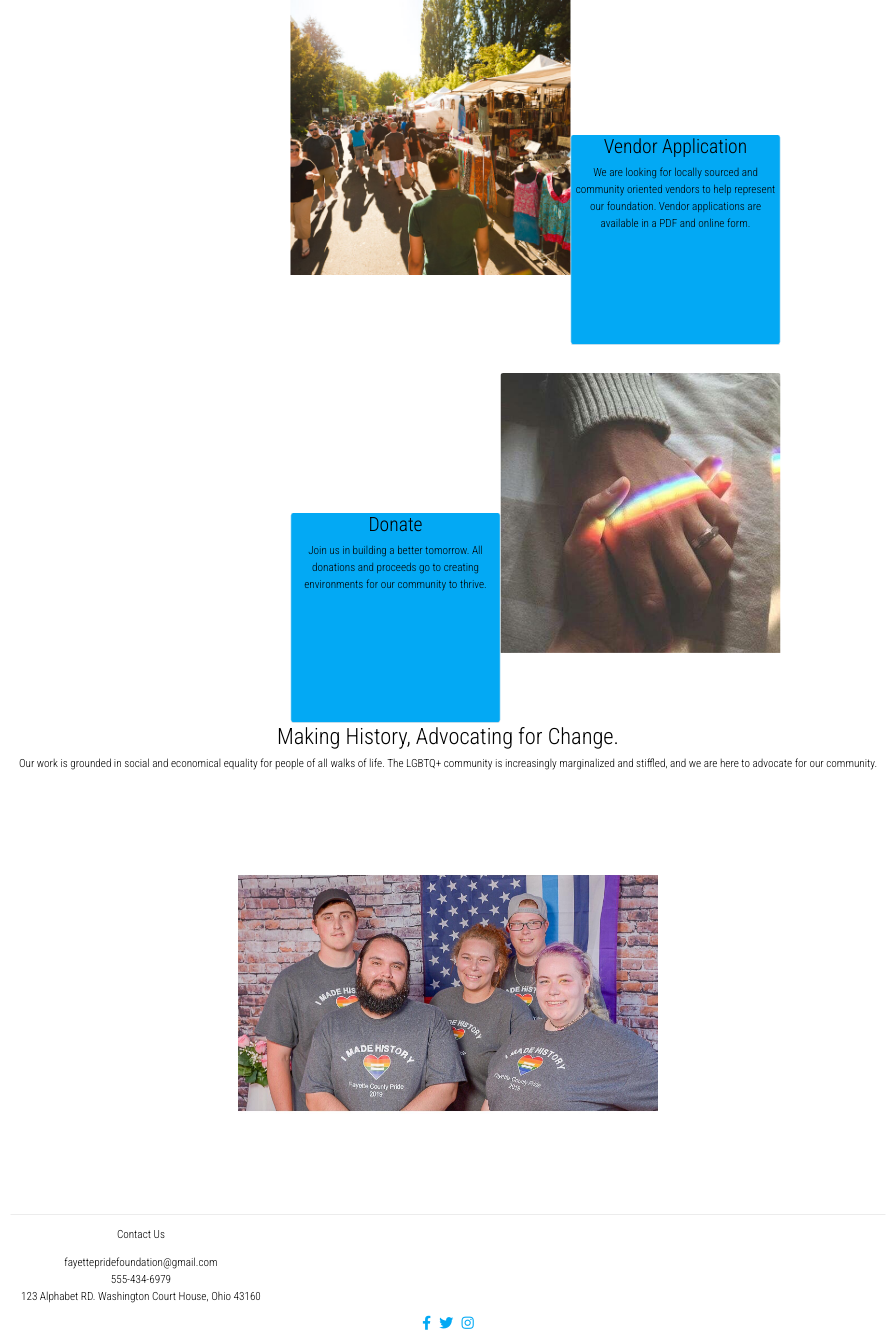
Repository: Code-Institute-Submissions/https-github.com-callendera-Milestone-Project-2
Page: index.html
The author's editor kept a record of every edit. The page is drawn from the files as they stood at one moment, then again after the next edit.
The browser window is 1280 px wide. The pictures show the part of the page from y = 1324 to 3244 px (the page is 3244 px tall before and 2644 px after), at 70% of full size.
Backgrounds fixed to the window are drawn as part of the page. Some web libraries are served in a nearby version.

Above is the page before.

### index.html
<!DOCTYPE html>
<html lang="en">

<head>
    <meta charset="UTF-8">
    <meta name="viewport" content="width=device-width, initial-scale=1.0">
    <meta http-equiv="X-UA-Compatible" content="ie=edge">
    <title>Fayette County PRIDE</title>


    <link href="https://fonts.googleapis.com/css?family=Amatic+SC:700|Roboto+Condensed:300&display=swap" rel="stylesheet">

    <!--this code provides my Icons-->
    <link rel="stylesheet" href="https://use.fontawesome.com/releases/v5.8.1/css/all.css" integrity="sha384-50oBUHEmvpQ+1lW4y57PTFmhCaXp0ML5d60M1M7uH2+nqUivzIebhndOJK28anvf" crossorigin="anonymous">
    <!--this code allows me to use bootstrap styles and pieces of code-->
    <link rel="stylesheet" href="https://stackpath.bootstrapcdn.com/bootstrap/4.3.1/css/bootstrap.min.css" integrity="sha384-ggOyR0iXCbMQv3Xipma34MD+dH/1fQ784/j6cY/iJTQUOhcWr7x9JvoRxT2MZw1T" crossorigin="anonymous">

    <!--links to my style sheet: style.css-->
    <link rel="stylesheet" href="assets/css/style.css" type="text/css" />

</head>

<body>
    <!--NavBar-->

    <!--Navbar styles are given by the class names. and the navbar is fixed at the top to allow a better UX-->


    <nav class="navbar navbar-light my-navbar navbar-expand-sm fixed-top">
        <a class="navbar-brand my-navbar-brand" href="#">
    <img src="assets/images/logo.jpg" width="175" height="125" class="d-inline-block align-top" alt="Fayette County PRIDE logo">
  </a>

        <!--this code allows my navbar tp be compressed into a navbar toggler on smaller screen sizes-->
        <button class="navbar-toggler ml-auto my-navbar-toggler" type="button" data-toggle="collapse" data-target="#navbarNavDropdown" aria-controls="navbarNavDropdown" aria-expanded="false" aria-label="Toggle navigation">
            <span class="navbar-toggler-icon my-navbar-toggler-icon"></span></button>


        <!--this code targets the toggler-->
        <div class="collapse navbar-collapse" id="navbarNavDropdown">
            <!--these are my links to navigate you through the site-->
            <ul class="navbar-nav my-navbar-nav mr-auto justify-content-center">
                <li class="nav-item mr-2"><a class="nav-link my-nav-link" href="//">Sponsorship</a></li>
                <li class="nav-item mr-2"><a class="nav-link my-nav-link" href="//">Events</a></li>
                <li class="nav-item mr-2"><a class="nav-link my-nav-link" href="//">Volunteer</a></li>
                <li class="nav-item mr-6"><a class="nav-link my-nav-link" href="contact.html">Learn More</a></li>
            </ul>
            <!--This code blocks the button and text from being shown on small screens, but appears on larger screen sizes-->
            <div class="d-none d-lg-block">
                <!--gives the viewer the oportunity to become a sponsor while still browsing the site-->

                <a href="contact.html"><button type="button" class="btn btn-lg my-nav-btn btn-success my-btn">Donate</button></a>
            </div>
        </div>
    </nav>
    <!--navbar-->

    <!--CallOut-->
    <!-- this div allows for a full width container, spanning the entire width of the viewport.-->
    <div class="container-fluid">


        <!--holds the background picture for the landing page-->

        <div class="col-12 callout-container">




        </div>
        <!--callout-->
        <hr>
        <!--Involved-->
        <div class="row text-center involved-margin">
            <span class="border-top-0 rounded border involved-span">
                <h3>Volunteer</h3>
               <p>Get involved and join us in making history. Our work would not be possible without you. We rely on the passion and expertise of volunteers to make our vision a reality.</p>
            </span>
            <div class="involved-div1 rounded-top float-right">
                <!--<img src="assets/images/rainbow.jpg" class="rounded-top float-right" alt="...">-->
            </div>

        </div>
        <div class="row text-center involved-margin">
            <div class="involved-div2 rounded-top float-left">
                <!--<img src="assets/images/vendors.jpg" class="rounded-top float-left" alt="...">-->
            </div>
            <span class="border-top-0 rounded border involved-span">
                <h3>Vendor Application</h3>
             <p>We are looking for locally sourced and community oriented vendors to help represent our foundation. Vendor applications are available in a PDF and online form.</p>
            </span>
        </div>
        <div class="row text-center involved-margin">
            <span class="border-top-0 rounded border involved-span">
                <h3>Donate</h3>
                <p>Join us in building a better tomorrow. All donations and proceeds go to creating environments for our community to thrive.</p>
            </span>
            <div class="involved-div3 rounded-top float-right">
                <!--<img src="assets/images/holding.jpg" class="rounded-top float-right" alt="...">-->
            </div>

        </div>
        <!--<div class="row">-->
        <!-- col-4 to make the 3 divs be in 3 columns for large and medium screens, col-12 for smaller screens to have each div on its own line-->
        <!--    <div class="col-12 my-icon">-->
        <!--        <a href="//"><i class="fas fa-hands-helping volunteer-icon"></i></a>-->
        <!--        <h3>Volunteer</h3>-->
        <!--        <p>Get involved and join us in making history. Our work would not be possible without you. We rely on the passion and expertise of volunteers to make our vision a reality.</p>-->
        <!--    </div>-->
        <!--    <div class="col-12 my-icon">-->
        <!--        <a href="//"><i class="fas fa-file"></i></a>-->
        <!--        <h3>Vendor Application</h3>-->
        <!--        <p>We are looking for locally sourced and community oriented vendors to help represent our foundation. Vendor applications are available in a PDF and online form.</p>-->
        <!--    </div>-->
        <!--    <div class="col-12 my-icon">-->
        <!--        <a href="//"><i class="fas fa-donate"></i></a>-->
        <!--        <h3>Donate</h3>-->
        <!--        <p>Join us in building a better tomorrow. All donations and proceeds go to creating environments for our community to thrive.</p>-->
        <!--    </div>-->
        <!--</div>-->

        <div class="row text-center history-div">
            <div class="col-12 history-col">
                <h2>Making History, Advocating for Change.</h2>
                <p>Our work is grounded in social and economical equality for people of all walks of life. The LGBTQ+ community is increasingly marginalized and stiffled, and we are here to advocate for our community. </p>
            </div>
            <div class="col-12">
                <img src="assets/images/group.png" width="600" height="600" class="rounded" alt="">
            </div>
        </div>



        <!--involved-->
        <hr>

        <footer>
            <div class="row text-center">


                <div class="contact-container">
                    <!--entire section gives the user the info on how to contact the band-->
                    <div class="col-12">


                        <div class="col-12">
                            <p>Contact Us
                                <p>

                                    <p>fayettepridefoundation@gmail.com</br>
                                        555-434-6979</br>
                                        123 Alphabet RD. Washington Court House, Ohio 43160
                                        <p>

                        </div>


                    </div>
                </div>
                <div class="col-12 social-container">
                    <div>



                        <!--all social media links are placed within a span to allow them to line up inline-->
                        <ul class="list-inline social-media">
                            <!--atrribute is given to make the social media symbol a link to the facebook page-->
                            <li class="list-inline-item"><a href="//" target="_blank"><i class="fab fa-facebook-f"></i>
                    <span class="sr-only">Facebook</span></a></li>
                            <!--atrribute is given to make the social media symbol a link to the twitter page-->
                            <li class="list-inline-item"><a href="//" target="_blank"><i class="fab fa-twitter"></i>
                    <span class="sr-only">Twitter</span></a></li>
                            <!--atrribute is given to make the social media symbol a link to the youtube page-->
                            <li class="list-inline-item"><a href="//" target="_blank"><i class="fab fa-instagram"></i>
                    <span class="sr-only">Instagram</span></a></li>
                        </ul>
                    </div>
                </div>
            </div>
        </footer>
        <!--contactinfo-->
    </div>
    <!--script used for DOM manipulation in modal-->
    <script src="https://code.jquery.com/jquery-3.3.1.slim.min.js" integrity="sha384-q8i/X+965DzO0rT7abK41JStQIAqVgRVzpbzo5smXKp4YfRvH+8abtTE1Pi6jizo" crossorigin="anonymous"></script>

    <!--positioning engine, used throughout webpage-->
    <script src="https://cdnjs.cloudflare.com/ajax/libs/popper.js/1.14.7/umd/popper.min.js" integrity="sha384-UO2eT0CpHqdSJQ6hJty5KVphtPhzWj9WO1clHTMGa3JDZwrnQq4sF86dIHNDz0W1" crossorigin="anonymous"></script>

    <!--script needed to link my bootstrap classes-->
    <script src="https://stackpath.bootstrapcdn.com/bootstrap/4.3.1/js/bootstrap.min.js" integrity="sha384-JjSmVgyd0p3pXB1rRibZUAYoIIy6OrQ6VrjIEaFf/nJGzIxFDsf4x0xIM+B07jRM" crossorigin="anonymous"></script>

    </div>

</body>

</html>

### assets/css/style.css

/*--Background Styles--*/
body {
    font-family: 'Roboto Condensed', sans-serif;

    background-color: #ffffff;
    color: black;
}

.callout-container {
    /*--- sets background image for callout container. it is set to not repeat, so the image doesnt stretch, and the image will be centered horizontally and pushed to the top of the container. the background will also not scroll, but remained positioned so things will scroll past it---*/
    background: url("../images/crowd.jpg")no-repeat center center fixed;
    /*--- adjusts background for different browsers ---*/
    -webkit-background-size: cover;
    -moz-background-size: cover;
    -o-background-size: cover;
    background-size: cover;

    /*--- makes the background fit to the container ---*/
    overflow: hidden;

    /*--- aligns and justifies text in container ---*/
    align-items: center;
    justify-content: center;
    /*--- the height that container will take up in the viewport ---*/
    height: 100vh;

}

.involved-container {
    color: black;
    padding-top: 500px;

    /*--- makes the background fit to the container ---*/
    overflow: hidden;

    /*--- aligns and justifies text in container ---*/
    align-items: center;
    justify-content: center;
    /*--- the height that container will take up in the viewport ---*/
    height: 60vh;

}

.opaque-overlay {
    /*---positioned relative to the nearest positioned ancestor---*/
    position: absolute;
    top: 0;
    left: 0;
    /*--- size of overlay to just cover background image ---*/
    height: 100%;
    width: 100%;
    /*--- color of background to be grey but almost transparent to make white text stand out ---*/
    background-color: rgba(0, 0, 0, 0.55);

    /*---pulls content forward to be visible on Z-index axis---*/
    z-index: 1;

}

/*--Navbar Styles--*/

.my-navbar {
    font-family: 'Roboto Condensed', sans-serif;

    /*--- removes margins automatically set by bootstrap ---*/
    margin: 0;
    /*--- removes padding automatically set by bootstrap ---*/
    padding-left: 20px;
    padding-right: 20px;
    padding-bottom: 0;
    padding-top: 0;
    background-color: #ffffff;
    /*--- color of text white ---*/

    height: 150px;
}

.my-navbar-nav {
    /*--- removes padding automatically set by bootstrap ---*/
    padding-left: 30px;
    /*--- color of text white ---*/


}



.my-nav-link {
    /*--- color of text white ---*/
    color: black;
    /*--- color change transition when hovering over my-nav-link ---*/
    transition: all 0.40s ease-in-out;
    -moz-transition: all 0.40s ease-in-out;
    -webkit-transition: all 0.40s ease-in-out;
    -o-transition: all 0.40s ease-in-out;
    /*--- adjustments for each web browser ---*/
}


.my-navbar-toggler {
    /*--- display to fill contents ---*/
    display: contents;
    width: 2em;
    height: 2em;
    /*--- aligns to fit toggler container ---*/
    vertical-align: middle;
    /*--- content aligned according to parent element ---*/
    content: "";
    /*--- toggler doesn't repeat and it center to container ---*/
    background: no-repeat center center;
    /*--- toggler 100% of toggler container ---*/
    background-size: 100% 100%;

    /*--- color of text white ---*/
    color: black;
    /*--- removes margins automatically set by bootstrap ---*/
    margin-right: 30px;
}

.my-navbar-toggler-icon {
    /*--- color of icon white ---*/
    color: black;

}

.my-navbar-brand {
    font-family: 'Amatic SC', cursive;

}

/*--Buttons--*/

.my-btn {
    /*---blue color--*/
    background-color: #28a74500;
    border-color: #03A9F4;
    color: #03A9F4;
    font-weight: 800;
}

.my-btn:hover {
    /*--- color of background: blue ---*/
    background-color: #03A9F4;
    /*--- when mouse is hovered the button will transition for .40seconds to a darker green color. the color will gradually ease in and then ease out. ---*/
    transition: all 0.40s ease-in-out;
    -moz-transition: all 0.40s ease-in-out;
    -webkit-transition: all 0.40s ease-in-out;
    -o-transition: all 0.40s ease-in-out;
    /*--- adjustments for each web browser ---*/
}

.social-media i {
    /*---blue color--*/
    color: #03A9F4;
    font-size: 20px;
}

.social-media i:hover {
 /*--- color of background: darker green ---*/
    color: #2567ae;
    /*--- when mouse is hovered the button will transition for .40seconds to a darker green color. the color will gradually ease in and then ease out. ---*/
    transition: all 0.40s ease-in-out;
    -moz-transition: all 0.40s ease-in-out;
    -webkit-transition: all 0.40s ease-in-out;
    -o-transition: all 0.40s ease-in-out;
    /*--- adjustments for each web browser ---*/
}


.my-icon i {
    /*---blue color--*/
     color:  #03A9F4;
    font-size: 50px;
}
.my-icon i:hover {
     /*--- color of background: darker blue ---*/
    color: #2567ae;
    /*--- when mouse is hovered the button will transition for .40seconds to a darker blue color. the color will gradually ease in and then ease out. ---*/
    transition: all 0.40s ease-in-out;
    -moz-transition: all 0.40s ease-in-out;
    -webkit-transition: all 0.40s ease-in-out;
    -o-transition: all 0.40s ease-in-out;
    /*--- adjustments for each web browser ---*/
}

/*--- Images ---*/

.involved-div3 {

     background: url("../images/holding.jpg")no-repeat center center;
    /*--- adjusts background for different browsers ---*/
    -webkit-background-size: cover;
    -moz-background-size: cover;
    -o-background-size: cover;
    background-size: cover;

    /*--- makes the background fit to the container ---*/
    overflow: hidden;

    /*--- aligns and justifies text in container ---*/
    align-items: center;
    justify-content: center;

    width: 400px;
    height: 400px;
}

.involved-div2 {

     background: url("../images/vendors.jpg")no-repeat center center;
    /*--- adjusts background for different browsers ---*/
    -webkit-background-size: cover;
    -moz-background-size: cover;
    -o-background-size: cover;
    background-size: cover;

    /*--- makes the background fit to the container ---*/
    overflow: hidden;

    /*--- aligns and justifies text in container ---*/
    align-items: center;
    justify-content: center;

    width: 400px;
    height: 400px;
}

.involved-div1 {

     background: url("../images/rainbow.jpg")no-repeat center center;
    /*--- adjusts background for different browsers ---*/
    -webkit-background-size: cover;
    -moz-background-size: cover;
    -o-background-size: cover;
    background-size: cover;

    /*--- makes the background fit to the container ---*/
    overflow: hidden;

    /*--- aligns and justifies text in container ---*/
    align-items: center;
    justify-content: center;

    width: 400px;
    height: 400px;
}

.involved-margin {
    margin-left: 400px;
    margin-top: 40px;
}

.involved-span {
    width: 300px;
    height: 300px;
    background-color: #03A9F4;
    margin-top: 200px;
}

.span-overlap3 {

}

.span-overlap3 {

}

.span-overlap3 {

}

/*---MISC.--*/

.involved-container {
    padding: 0px;
}

.cover-heading {
    font-family: 'Amatic SC', cursive;
    font-size: 100px;
    padding-top: 100px;

}

/*---Media Queries--*/

@media (min-width: 576px){
    .my-navbar-nav {
    padding-left: 0px;
}

.opaque-overlay {
   height: 60vh;

}

.involved-container {
    padding: 0px;
}



}

@media (min-width: 992px) {

}

@media (min-width: 1200px){

.opaque-overlay {
   height: 90vh;

}


}

After the next edit:
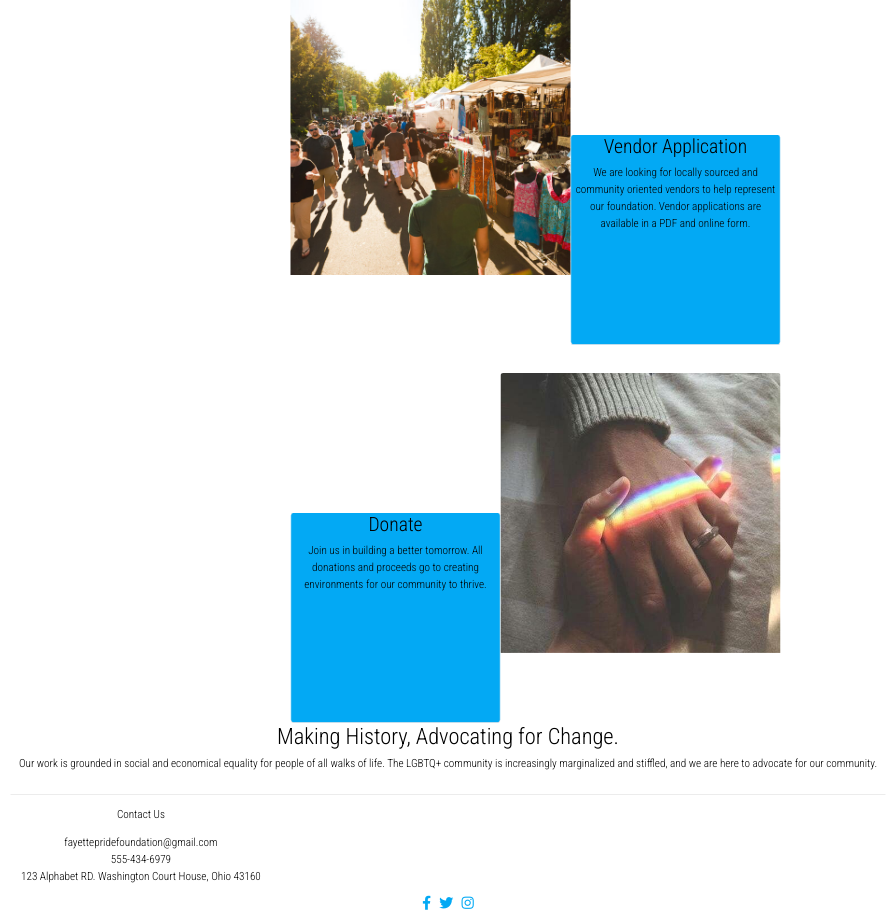
The edit:
--- a/index.html
+++ b/index.html
@@ -124,8 +124,8 @@
                 <h2>Making History, Advocating for Change.</h2>
                 <p>Our work is grounded in social and economical equality for people of all walks of life. The LGBTQ+ community is increasingly marginalized and stiffled, and we are here to advocate for our community. </p>
             </div>
-            <div class="col-12">
-                <img src="assets/images/group.png" width="600" height="600" class="rounded" alt="">
+            <div class="col-12 group-image-div">
+                <!--<img src="assets/images/group.png" width="600" height="600" class="rounded" alt="">-->
             </div>
         </div>
 
